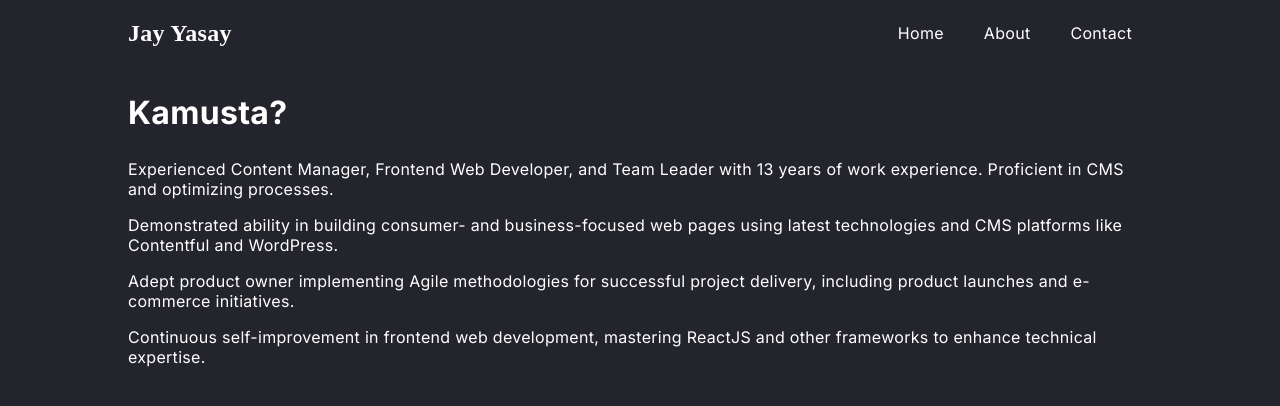
Repository: jayyasay/portfolio
Page: /
These files come from the project's save history. The page is drawn as it stood at one moment and after the next save; the edit follows.
The browser window is 1280 px wide. The pictures show the whole page.
Some web fonts or font styles are not loaded; a fallback is used. The project was rebuilt for these pictures with package versions that can differ from the ones it lists, and the page was loaded fresh each time. Also part of the build but not shown: src/App.css, src/pages/About.js.

Above is the page before, as saved 2023-09-20 10:17:07.

### src/index.css
@import url('https://fonts.googleapis.com/css2?family=Inter:wght@100;200;300;400;500;600;700;800;900&family=Skranji:wght@400;700&display=swap');

body {
  margin: 0;
  font-family: 'Inter', sans-serif;
  -webkit-font-smoothing: antialiased;
  -moz-osx-font-smoothing: grayscale;
  background-color: #23242c;
}

body * {
  letter-spacing: 0.3px;
}

h1 {
  font-family: 'Skranji', cursive;
  color: #fff;
}

code {
  font-family: source-code-pro, Menlo, Monaco, Consolas, 'Courier New',
    monospace;
}

h1, h2, h3, h4, h5, h6, p {
  color: #fff
}

h2 {
  font-size: 2rem;
}

p,a  {
  font-size: 1rem;
}

#root {
  padding: 0 20px;
}

@media screen and (min-width: 768px) {
  #root {
    padding: 0;
  }
}

### src/App.js
import './App.css';
import Navigation from './components/Navigation';
import { BrowserRouter as Router, Routes, Route } from 'react-router-dom';
import Home from './pages/Home';
import About from './pages/About';

function App() {
  return (
    <>
      <Router>
        <Navigation />
        <Routes>
          <Route path="/" element={<Home />} />
          <Route path="/about" element={<About />} />
          {/* You can add a route for Contact here when you're ready */}
        </Routes>
      </Router>
    </>
  );
}

export default App;

### src/components/Navigation.js
import React, { useState } from "react";
import styled from "styled-components";
import { Link } from "react-router-dom";

const Nav = styled.nav`
  background-color: #23242c;
  display: flex;
  flex-direction: column;

  @media screen and (min-width: 768px) {
    flex-direction: row;
  }
`;

const Wrapper = styled.div`
  @media screen and (min-width: 768px) {
    display: flex;
    flex-direction: row;
    width: 1024px;
    margin: auto;
  }
`;

const StyledLink = styled(Link)`
  display: flex;
  align-items: center;
  padding: 10px 20px;
  color: white;
  text-align: center;
  text-decoration: none;
  justify-content: center;

  @media screen and (min-width: 768px) {
    height: 100%;
    padding: 0 20px;
    &:hover {
      background-color: #ddd;
      color: black;
    }
  }
`;

const BurgerIcon = styled.span`
  display: none;
  @media screen and (max-width: 767px) {
    display: block;
    position: absolute;
    right: 20px;
    top: 24px;
    cursor: pointer;
    color: #fff;
  }
`;

const NavItems = styled.div`
  @media screen and (max-width: 767px) {
    display: flex;
    flex-direction: column;
    align-items: center;
    width: 100%;
    max-height: ${(props) =>
      props.open
        ? "100vh"
        : "0"};
    transition: max-height 0.2s ease-in-out;
    text-align: center;
    height: calc(100vh - 72.81px);
    background-color: #33363D;
    position: absolute;
    top: 72.81px;
    left: 0;
    overflow: hidden;
  }

  @media screen and (min-width: 768px) {
    align-items: center;
    margin-left: auto;
    display: flex;
  }
`;

const Navigation = () => {
  const [isOpen, setIsOpen] = useState(false);

  return (
    <Nav>
      <Wrapper>
        <h1>Jay Yasay</h1>
        <BurgerIcon onClick={() => setIsOpen(!isOpen)}>☰</BurgerIcon>
        <NavItems open={isOpen}>
          <StyledLink to="/" onClick={() => setIsOpen(!isOpen)}>
            Home
          </StyledLink>
          <StyledLink to="/about" onClick={() => setIsOpen(!isOpen)}>
            About
          </StyledLink>
          <StyledLink to="#" onClick={() => setIsOpen(!isOpen)}>
            Contact
          </StyledLink>
        </NavItems>
      </Wrapper>
    </Nav>
  );
};

export default Navigation;

### src/pages/Home.js
import styled from "styled-components";

const HomeWrapper = styled.div`
  @media screen and (min-width: 768px) {
    max-width:1024px;
    margin: auto;
  }
`;

const Home = () => {
  return (
    <>
      <HomeWrapper>
        <h2>Kamusta?</h2>
        <p>
          Experienced Content Manager, Frontend Web Developer, and Team Leader
          with 13 years of work experience. Proficient in CMS and optimizing
          processes.
        </p>
        <p>
          Demonstrated ability in building consumer- and business-focused web
          pages using latest technologies and CMS platforms like Contentful and
          WordPress.
        </p>
        <p>
          Adept product owner implementing Agile methodologies for successful
          project delivery, including product launches and e-commerce
          initiatives.
        </p>
        <p>
          Continuous self-improvement in frontend web development, mastering
          ReactJS and other frameworks to enhance technical expertise.
        </p>
      </HomeWrapper>
    </>
  );
};

export default Home;

Loaded but not shown: public/index.html (common file); src/index.js (common file); src/reportWebVitals.js (common file)

After the next save:
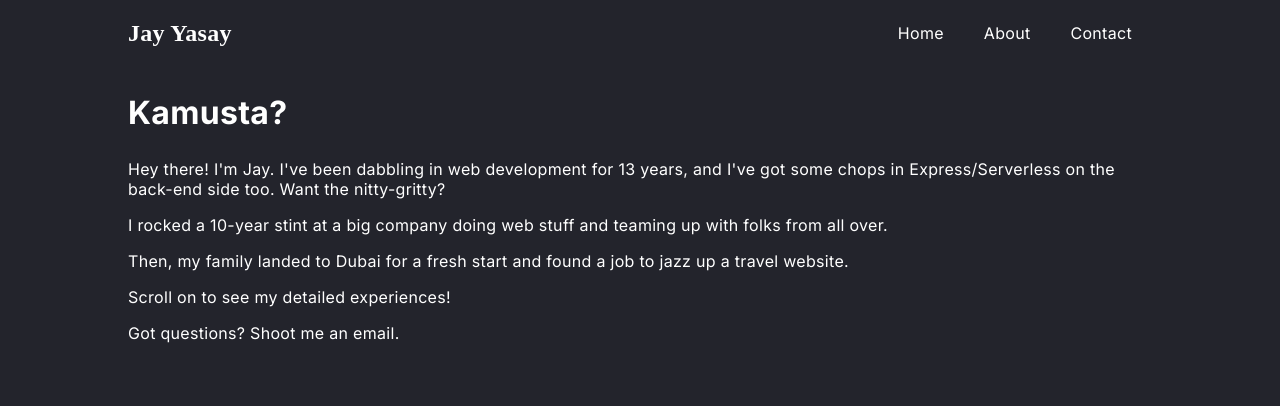
Saved 11 min 57 s later.
--- a/src/pages/Home.js
+++ b/src/pages/Home.js
@@ -13,23 +13,19 @@
       <HomeWrapper>
         <h2>Kamusta?</h2>
         <p>
-          Experienced Content Manager, Frontend Web Developer, and Team Leader
-          with 13 years of work experience. Proficient in CMS and optimizing
-          processes.
+            Hey there! I'm Jay. I've been dabbling in web development for 13 years, and I've got some chops in Express/Serverless on the back-end side too.  Want the nitty-gritty?
         </p>
         <p>
-          Demonstrated ability in building consumer- and business-focused web
-          pages using latest technologies and CMS platforms like Contentful and
-          WordPress.
+            I rocked a 10-year stint at a big company doing web stuff and teaming up with folks from all over.
         </p>
         <p>
-          Adept product owner implementing Agile methodologies for successful
-          project delivery, including product launches and e-commerce
-          initiatives.
+            Then, my family landed to Dubai for a fresh start and found a job to jazz up a travel website.
         </p>
         <p>
-          Continuous self-improvement in frontend web development, mastering
-          ReactJS and other frameworks to enhance technical expertise.
+            Scroll on to see my detailed experiences!
+        </p>
+        <p>
+            Got questions? Shoot me an email.
         </p>
       </HomeWrapper>
     </>
